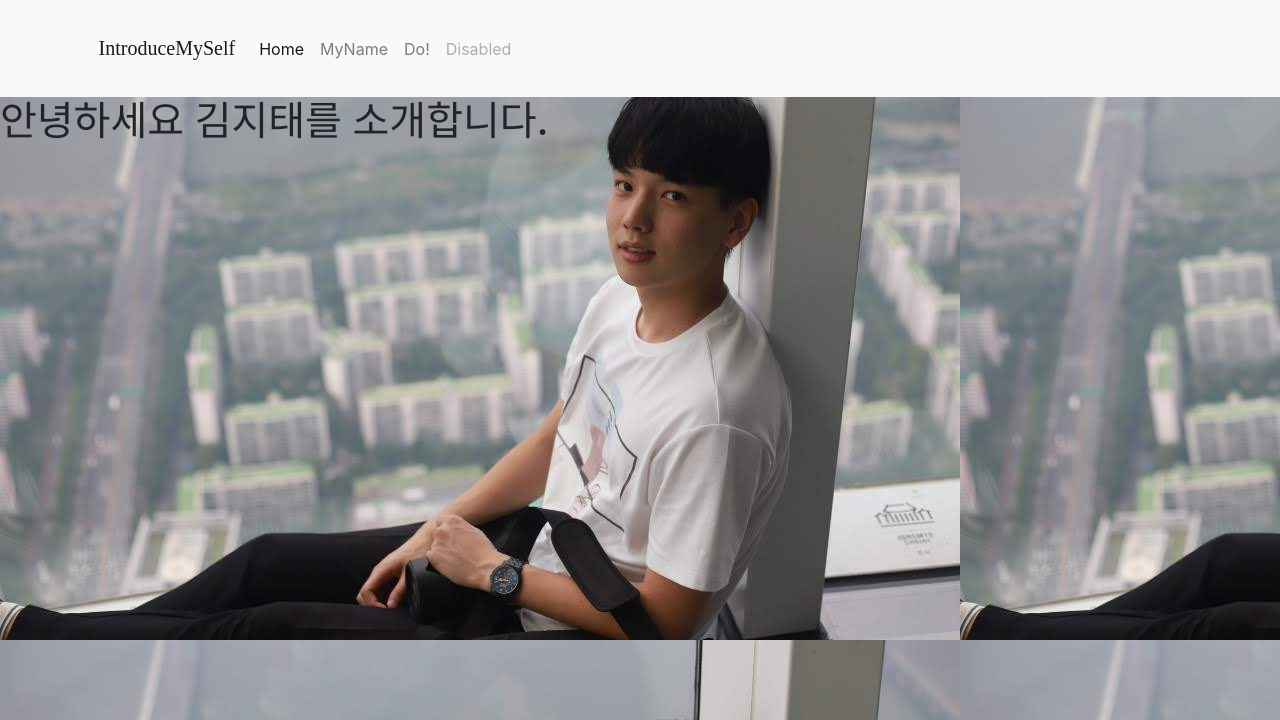
Repository: wlxo0401/IntroduveMySelf
Page: IntroduceMySelf/WebContent/Index.html
The author's editor kept a copy of each file at every save. The page is drawn from the files as they stood at one save, then again after the next save.
The browser window is 1280 px wide. The pictures show the whole page.

Above is the page before, as saved 2020-03-11 05:22:21.

After the next save:
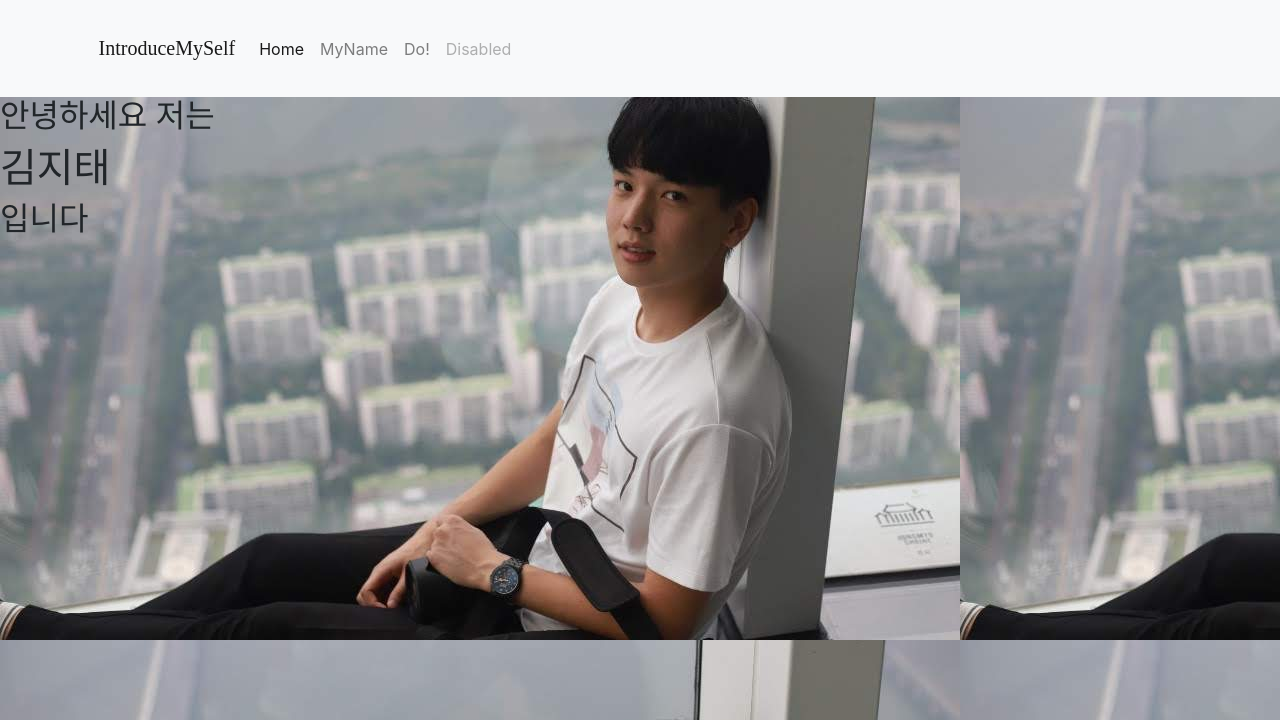
Saved 2 min 24 s later.
--- a/IntroduceMySelf/WebContent/Index.html
+++ b/IntroduceMySelf/WebContent/Index.html
@@ -42,7 +42,9 @@
 	<!-- //header -->
 	<!-- container -->
 	<div id = "container">
-		<h1>안녕하세요 김지태를 소개합니다.</h1>
+		<h2>안녕하세요 저는</h2>
+		<h1>김지태</h1>
+		<h2>입니다</h2>
 	</div>
 	<!-- //container -->
 	<!-- footer -->
